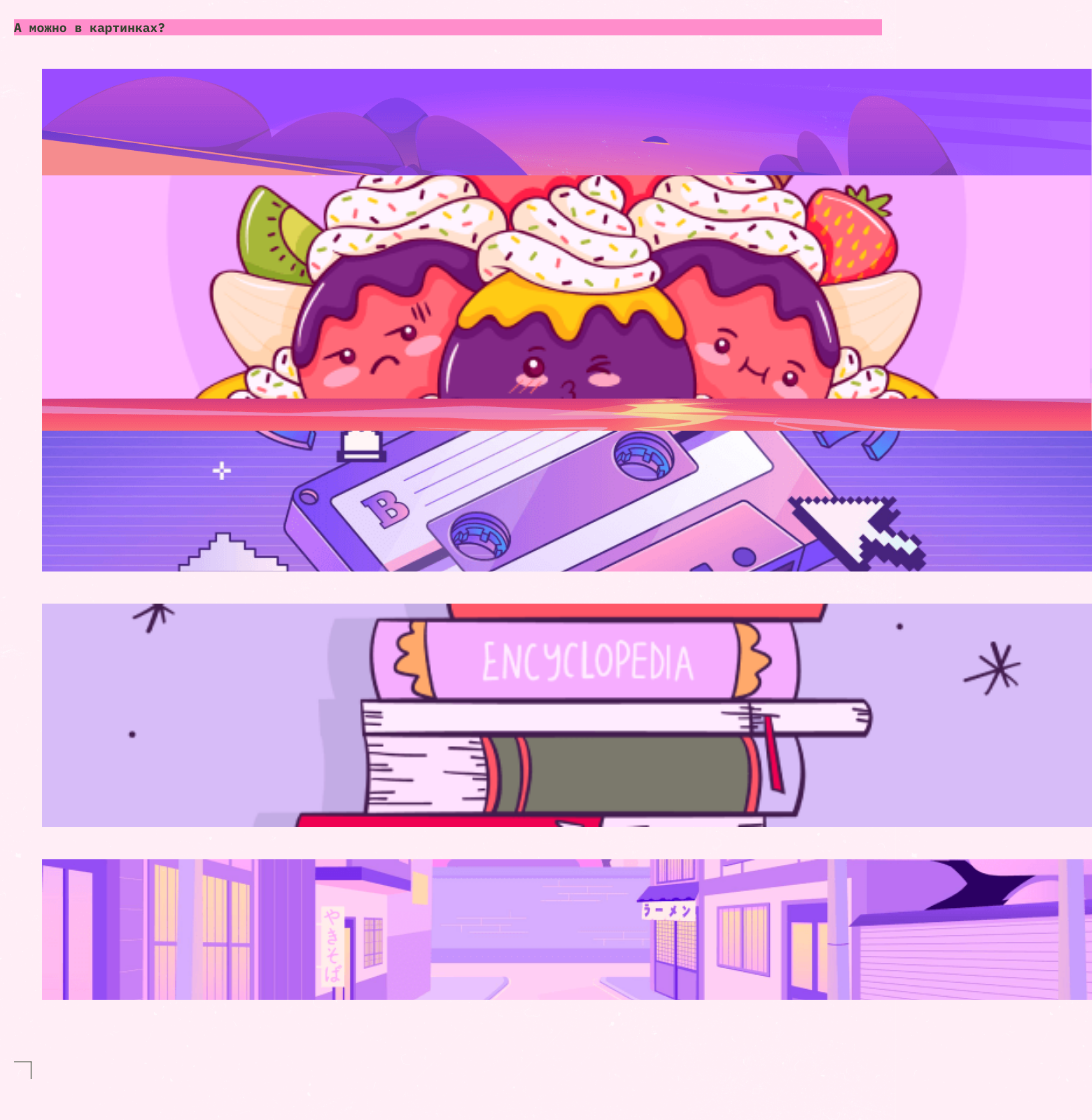
Repository: NikWolf75/slozhno-sosredotochitsya-fd
Page: index.html
These files come from the project's save history. The page is drawn as it stood at one moment and after the next save; the edit follows.
The browser window is 1280 px wide. The page is 1560 px wide, so the pictures cover 1560 px, including what lies to the right of the window. The pictures show the part of the page from y = 2989 to 4589 px (the page is 5215 px tall before and 7479 px after), at 70% of full size.
Backgrounds fixed to the window are drawn as part of the page.

Above is the page before, as saved 2025-02-27 21:17:20.

After the next save:
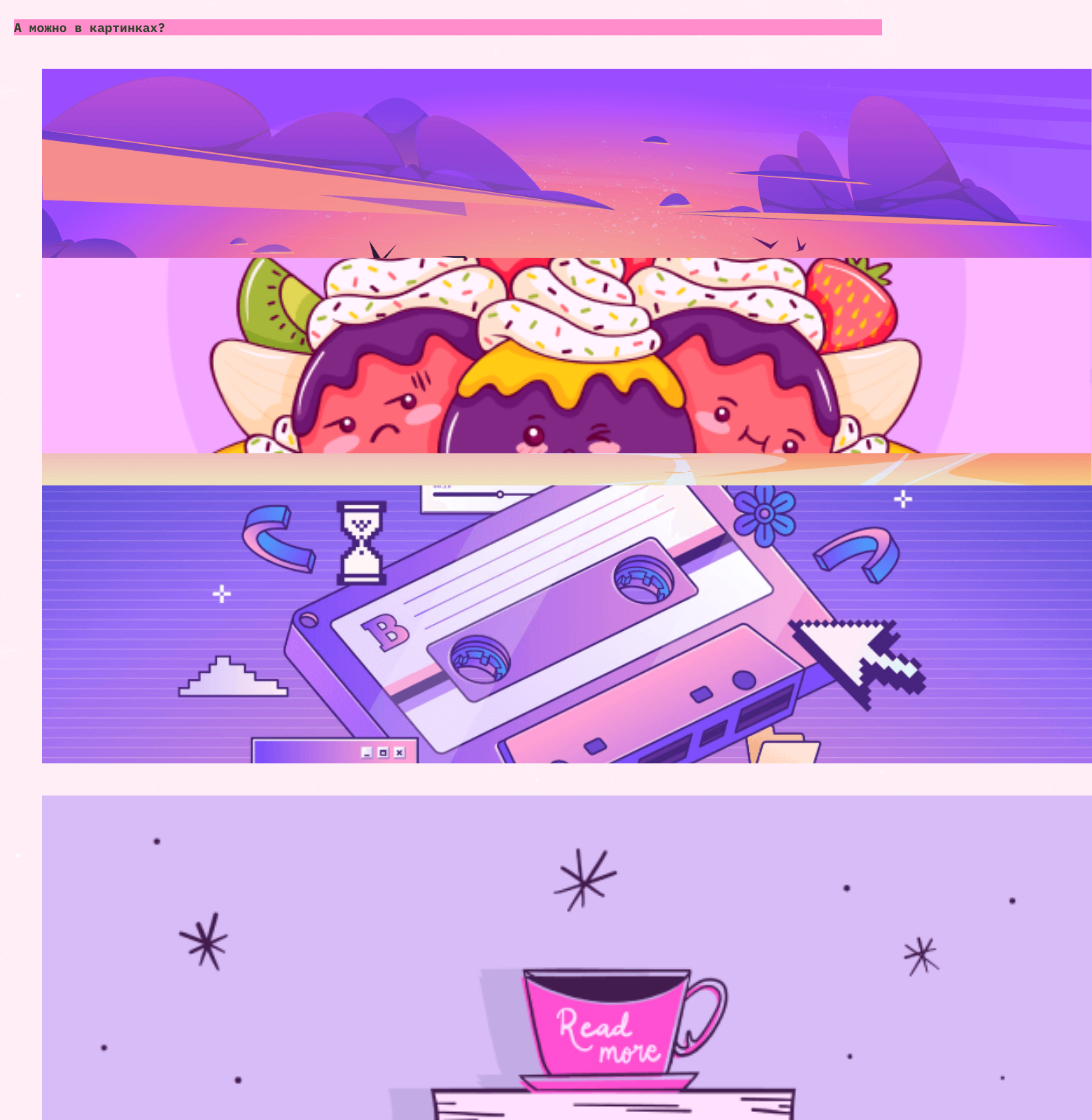
Saved 26 s later.
--- a/styles/style.css
+++ b/styles/style.css
@@ -428,6 +428,12 @@
   block-size: 100%;
 }
 
+@media (width >= 1024px) {
+  .gallery {
+    grid-template-rows: 260px 315px 433px;
+  }
+}
+
 .footer {
   display: grid;
   height: 100vh;
